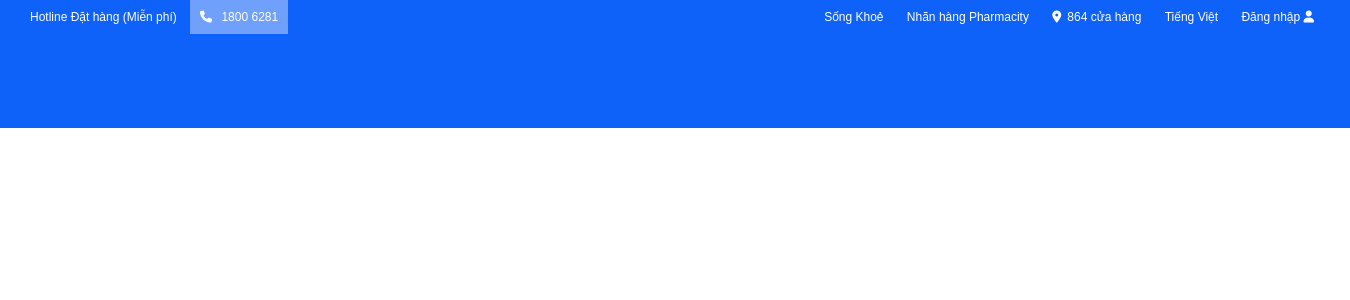
Repository: CGAnVil/case-module3-nhom6
Page: src/main/webapp/index.html
These files come from the project's save history. The page is drawn as it stood at one moment and after the next save; the edit follows.
The browser window is 1280 px wide. The page is 1350 px wide, so the pictures cover 1350 px, including what lies to the right of the window. The pictures show the whole page.

Above is the page before, as saved 2022-03-08 16:05:35.

### src/main/webapp/index.html
<!DOCTYPE html>
<html lang="en">

<head>
    <meta charset="UTF-8">
    <meta http-equiv="X-UA-Compatible" content="IE=edge">
    <meta name="viewport" content="width=device-width, initial-scale=1.0">
    <link rel="stylesheet" href="https://cdnjs.cloudflare.com/ajax/libs/font-awesome/6.0.0/css/all.min.css" integrity="sha512-9usAa10IRO0HhonpyAIVpjrylPvoDwiPUiKdWk5t3PyolY1cOd4DSE0Ga+ri4AuTroPR5aQvXU9xC6qOPnzFeg==" crossorigin="anonymous" referrerpolicy="no-referrer">
    <link rel="stylesheet" href="./style.css">
    <title>Document</title>
</head>

<body>
    <div class="container">
        <div class="header">
            <div class="header-top">
                <div class="header-top-left">
                    <a href="#">Hotline Đặt hàng (Miễn phí)</a>
                    <a href="tel: 1800 6281">
                        <i class="fa-solid fa-phone"></i> 1800 6281
                    </a>
                </div>
                <div class="header-top-right">
                    <a href="#">Sống Khoẻ</a>
                    <a href="#">Nhãn hàng Pharmacity</a>
                    <a href="#">
                        <i class="fa-solid fa-location-dot"></i>864 cửa hàng
                    </a>
                    <a href="#">Tiếng Việt</a>
                    <a href="#">
                    Đăng nhập
                    <i class="fa-solid fa-user"></i>
                </a>
                </div>
            </div>
            <div class="header-middle"></div>
            <div class="header-bottom"></div>
        </div>
    </div>
</body>

</html>

### src/main/webapp/style.css
* {
    padding: 0;
    margin: 0;
    box-sizing: border-box;
}

body {
    font-family: sans-serif;
}

a {
    text-decoration: none;
}

.header {
    background: #0f62f9;
    width: 1350px;
    height: 128px;
    font-size: 12px;
}

.header-top {
    display: flex;
    justify-content: space-between;
    align-items: center;
    padding: 10px 20px;
}

.header .header-top a {
    color: #fff;
    padding: 10px;
}

.header .header-top a i {
    padding-right: 6px;
}

.header-top-left a:nth-child(2) {
    background-color: rgba(255, 255, 255, 0.4);
}

After the next save:
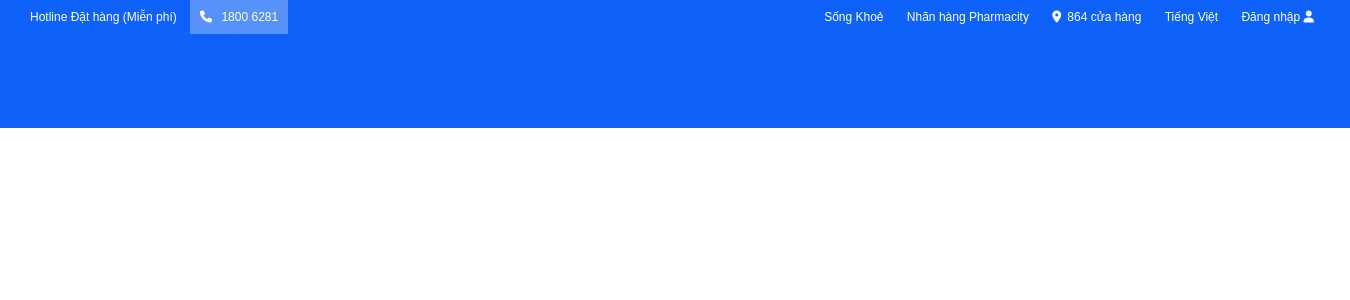
Saved 4 s later.
--- a/src/main/webapp/style.css
+++ b/src/main/webapp/style.css
@@ -36,5 +36,5 @@ a {
 }
 
 .header-top-left a:nth-child(2) {
-    background-color: rgba(255, 255, 255, 0.4);
+    background-color: rgba(255, 255, 255, 0.3);
 }
